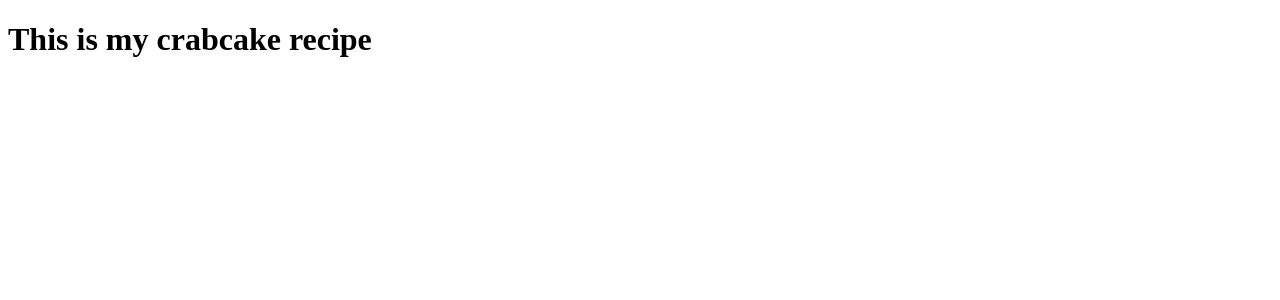
Repository: ri144/JavaWebCourse
Page: CrabcakeWebsite/WebContent/NewFile.html
These files come from the project's save history. The page is drawn as it stood at one moment and after the next save; the edit follows.
The browser window is 1280 px wide. The pictures show the whole page.

Above is the page before, as saved 2017-06-13 13:08:14.

### CrabcakeWebsite/WebContent/NewFile.html
<!DOCTYPE html>
<html>
<head>
<meta charset="UTF-8">
<title>Insert title here</title>
</head>
<body>
<h1>This is my crabcake recipe</h1>
</body>
</html>

After the next save:
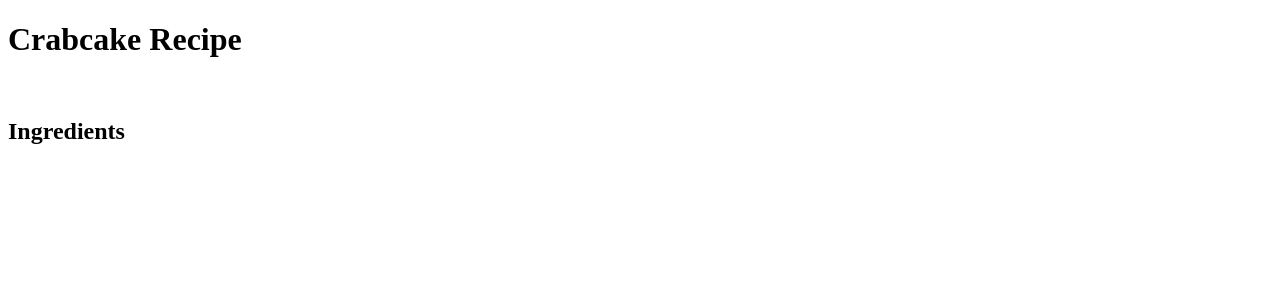
Saved 11 min 41 s later.
--- a/CrabcakeWebsite/WebContent/NewFile.html
+++ b/CrabcakeWebsite/WebContent/NewFile.html
@@ -5,6 +5,8 @@
 <title>Insert title here</title>
 </head>
 <body>
-<h1>This is my crabcake recipe</h1>
+<h1>Crabcake Recipe</h1>
+<br>
+<h2>Ingredients</h2>
 </body>
 </html>
